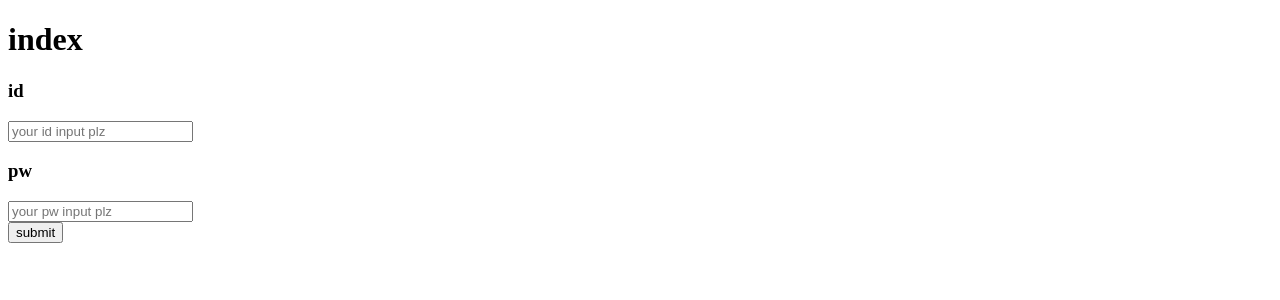
Repository: Ryeom/java_190710
Page: http://localhost/190910_jsp/views/index.jsp
An editor plug-in stored every save of this project. The page is shown before and after the next save, followed by the edit.
The browser window is 1280 px wide. The pictures show the whole page.
The page is served by Tomcat 9. Nobody is signed in. The application's start-up code is not run.

Above is the page before, as saved 2019-09-10 10:59:25.

After the next save:
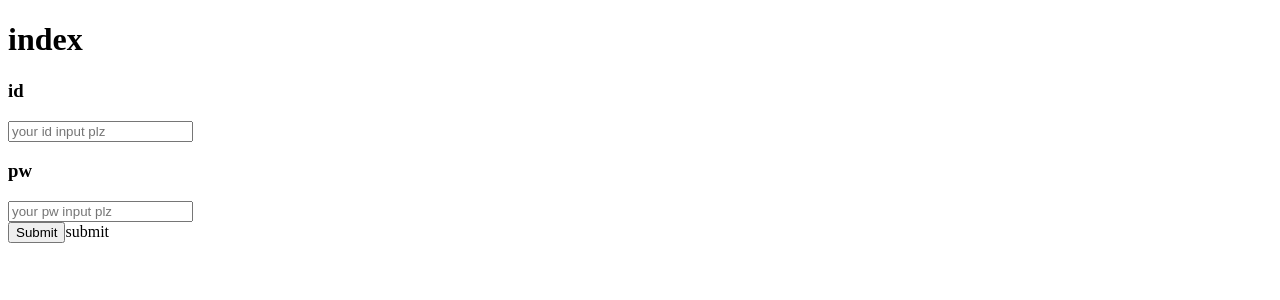
Saved 72 s later.
--- a/190910_jsp/WebContent/views/index.jsp
+++ b/190910_jsp/WebContent/views/index.jsp
@@ -24,7 +24,7 @@
 			<input type="text" id="user_id" placeholder="your id input plz" />
 			<h3>pw</h3>
 			<input type="text" id="user_pw" placeholder="your pw input plz" /> <br />
-			<button type="submit">submit</button>
+			<input type="submit">submit</button>
 		</form>
 <% }%>
 

After the save that followed:
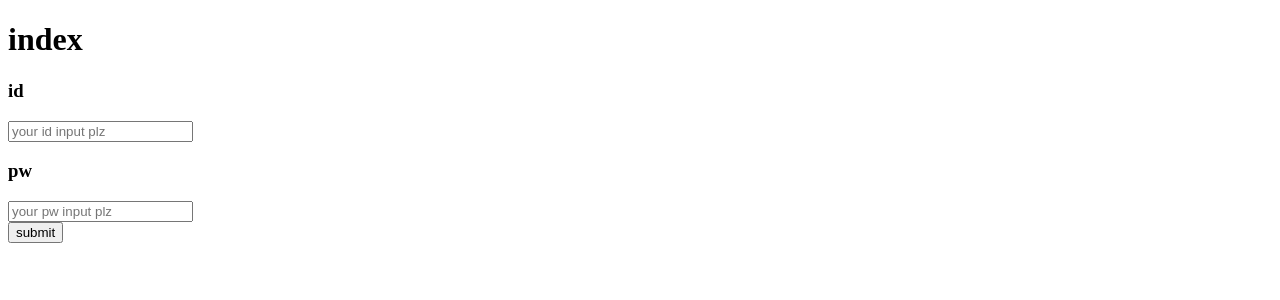
Saved 19 s later.
--- a/190910_jsp/WebContent/views/index.jsp
+++ b/190910_jsp/WebContent/views/index.jsp
@@ -24,7 +24,7 @@
 			<input type="text" id="user_id" placeholder="your id input plz" />
 			<h3>pw</h3>
 			<input type="text" id="user_pw" placeholder="your pw input plz" /> <br />
-			<input type="submit">submit</button>
+			<input type="submit" value="submit"/>
 		</form>
 <% }%>
 
